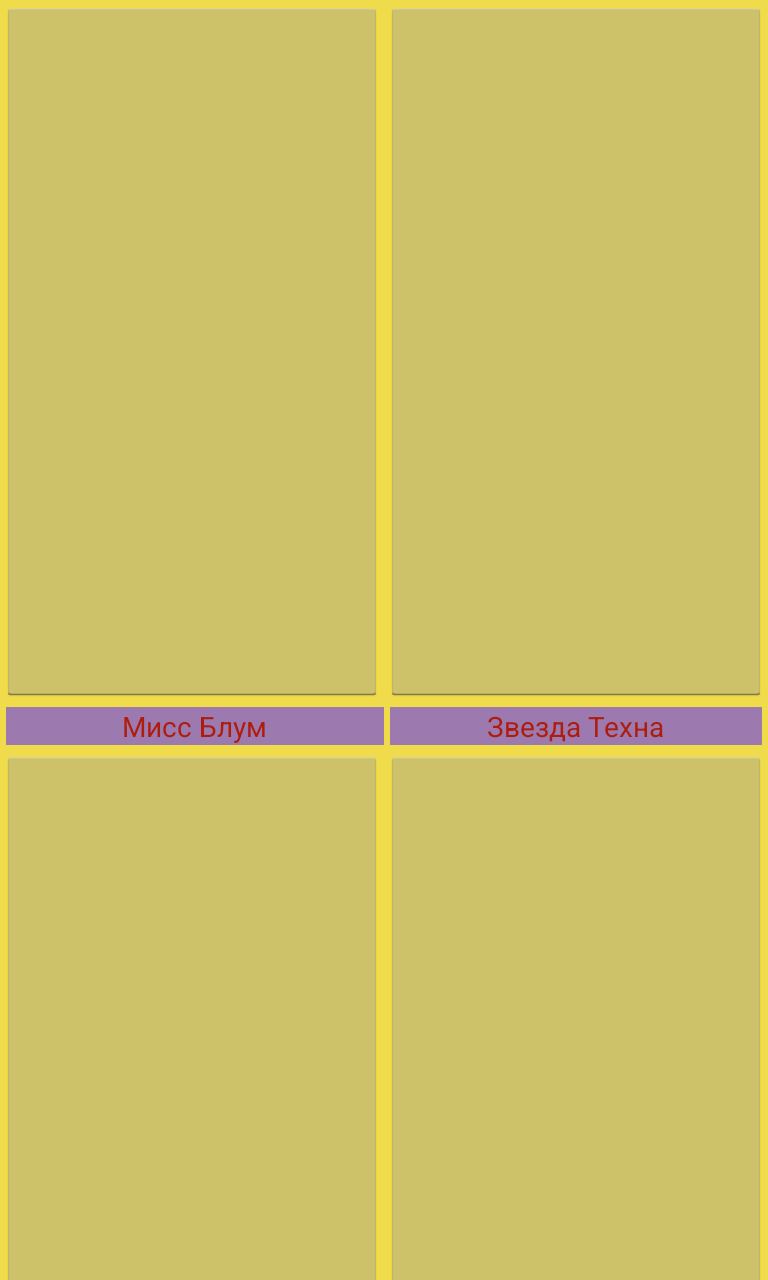
Repository: Skyremix/Winx
Layout: Winx/Winx/res/layout/stages.xml
The author's editor kept a copy of each file at every save. The layout is drawn from the files as they stood at one save, then again after the next save.
It is drawn on a 768 x 1280 px phone screen (xhdpi) without system bars, with theme AppTheme; the app's code is not run.

Above is the layout before, as saved 2015-05-14 23:46:15.

After the next save:
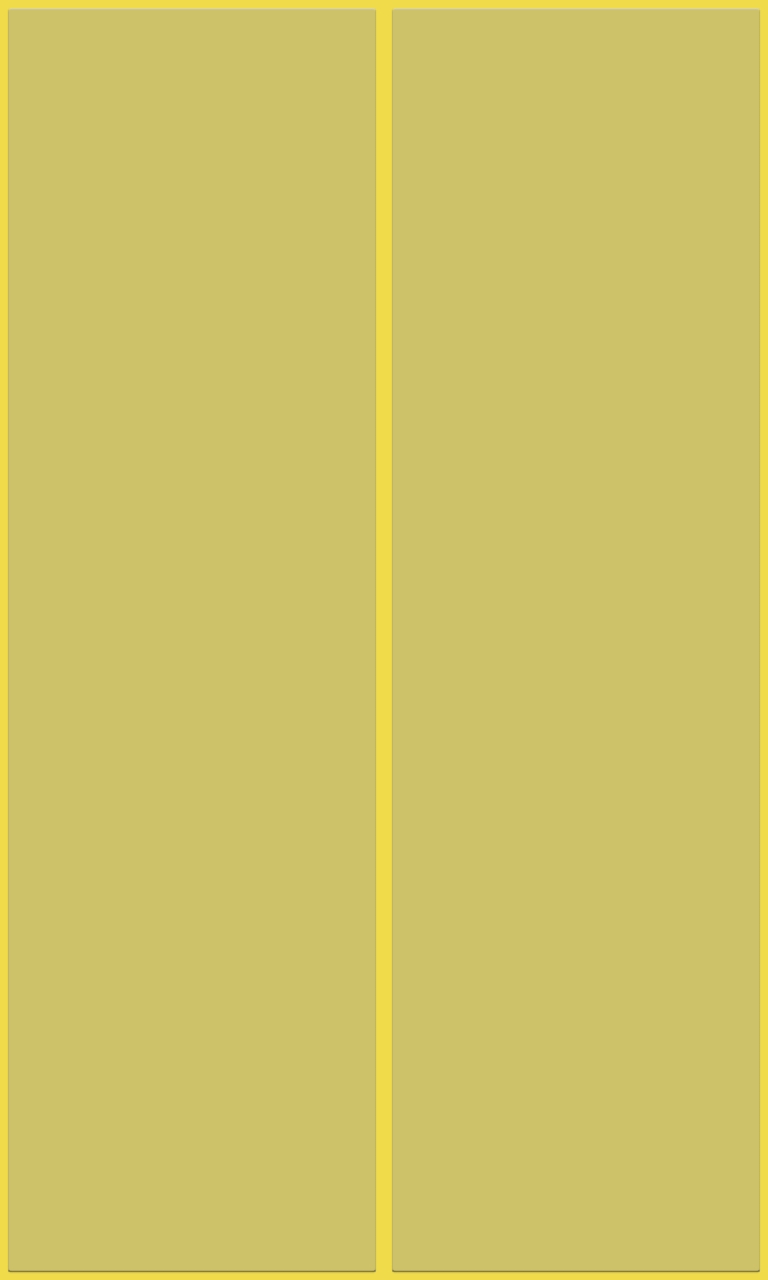
Saved 89 s later.
--- a/Winx/Winx/res/layout/stages.xml
+++ b/Winx/Winx/res/layout/stages.xml
@@ -37,8 +37,7 @@
 
     <LinearLayout
         android:layout_width="match_parent"
-        android:layout_height="match_parent"
-        android:layout_weight="1">
+        android:layout_height="match_parent">
 
         <LinearLayout
             android:layout_width="match_parent"
@@ -117,8 +116,7 @@
 
     <LinearLayout
         android:layout_width="match_parent"
-        android:layout_height="match_parent"
-        android:layout_weight="1" >
+        android:layout_height="115dp" >
 
         <LinearLayout
             android:layout_width="match_parent"
